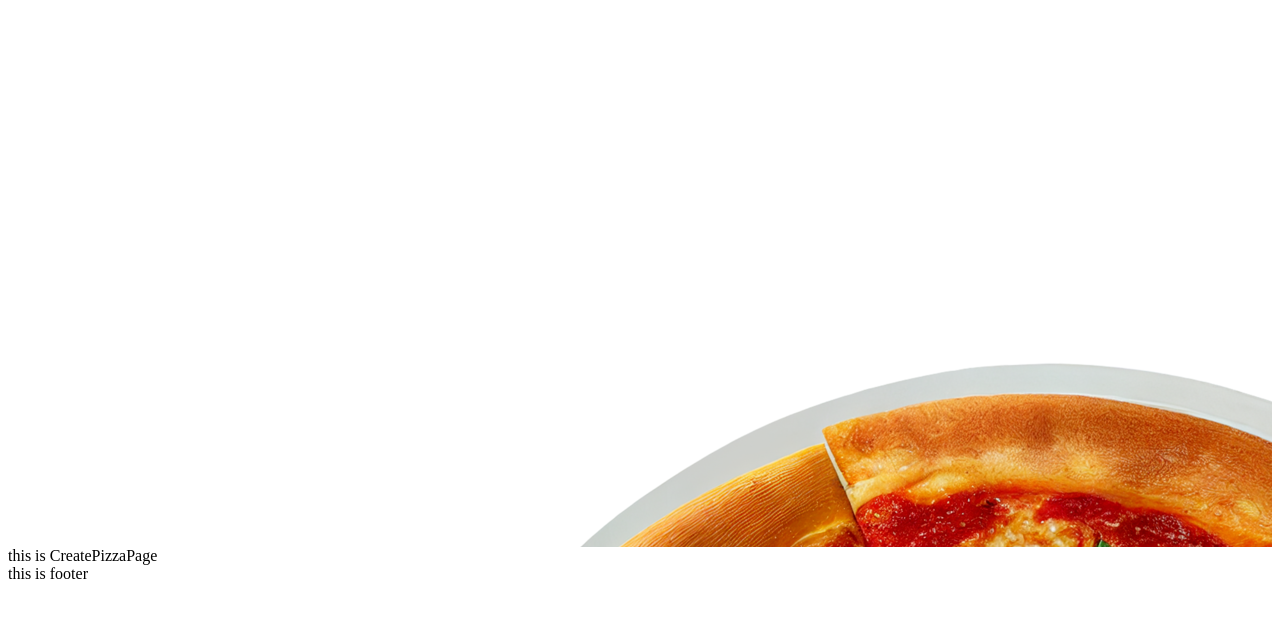
Repository: 16-Doffy/Pizza-Store
Page: /
These files come from the project's save history. The page is drawn as it stood at one moment and after the next save; the edit follows.
The browser window is 1280 px wide. The pictures show the whole page.
An inner scrolling area shows only its first screen. The project was rebuilt for these pictures with package versions that can differ from the ones it lists, and the page was loaded fresh each time. Also part of the build but not shown: webpack.config.js.

Above is the page before, as saved 2025-02-06 22:04:13.

### src/App.tsx
import React from "react";
import "./App.css";
import Header from "./layout/Header";
import Footer from "./layout/Footer";

import CreatePizzaPage from "./pages/CreatePizzaPage";
import HomePage from "./pages/HomePage";

function App() {

  return (
    <div className="App">
    <Header />
    <HomePage />
    <CreatePizzaPage />
    <Footer />

    </div>
  );
}

export default App;

### src/layout/Header.tsx
import React from 'react';

const Header = () => {
    return (
        <div>

        </div>
    );
};

export default Header;

### src/layout/Footer.tsx
import React from 'react';

const Footer = () => {
    return (
        <div>
            this is footer
        </div>
    );
};

export default Footer;

### src/pages/CreatePizzaPage.tsx
import React from 'react';

const CreatePizzaPage = () => {
    return (
        <div>
            this is CreatePizzaPage
        </div>
    );
};

export default CreatePizzaPage;

### src/pages/HomePage.tsx
import React from "react";


const HomePage = () => {


  return <div style={{height:'calc(100vh - 309px', padding:'4rem', overflow:"auto"}}>
    <div className="wrapper-card-items">
        <div className="card-items">
        <img src="/pizza.png" alt="pizza" className="card-img-pizza" />

            <div style={{height:'50%', width:'100%'}}>

            </div>
            <div className="card-content">
                <div>
                    <div style={{fontSize:'20px', fontWeight:600, color:'#fff'}}>Pizza thit bam</div>
                    <div style={{fontSize:'20px', fontWeight:600, color:'#fff',marginTop:'0.5rem'}}>Thit bam, sot ca chua</div>
                </div>
            </div>
        </div>
    </div>
    </div>;
};

export default HomePage;

Loaded but not shown: public/index.html (common file); src/index.tsx (common file); src/App.css (no stored copy; drawn as an empty file)

After the next save:
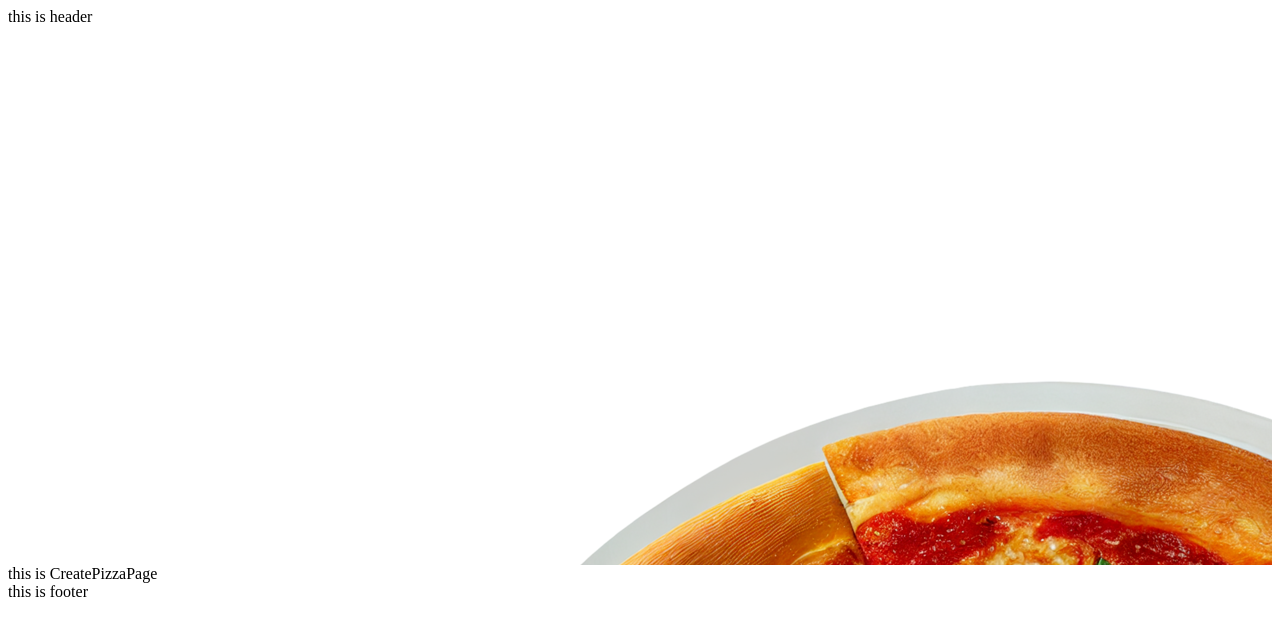
Saved 5 s later.
--- a/src/layout/Header.tsx
+++ b/src/layout/Header.tsx
@@ -3,7 +3,7 @@ import React from 'react';
 const Header = () => {
     return (
         <div>
-
+            this is header
         </div>
     );
 };
